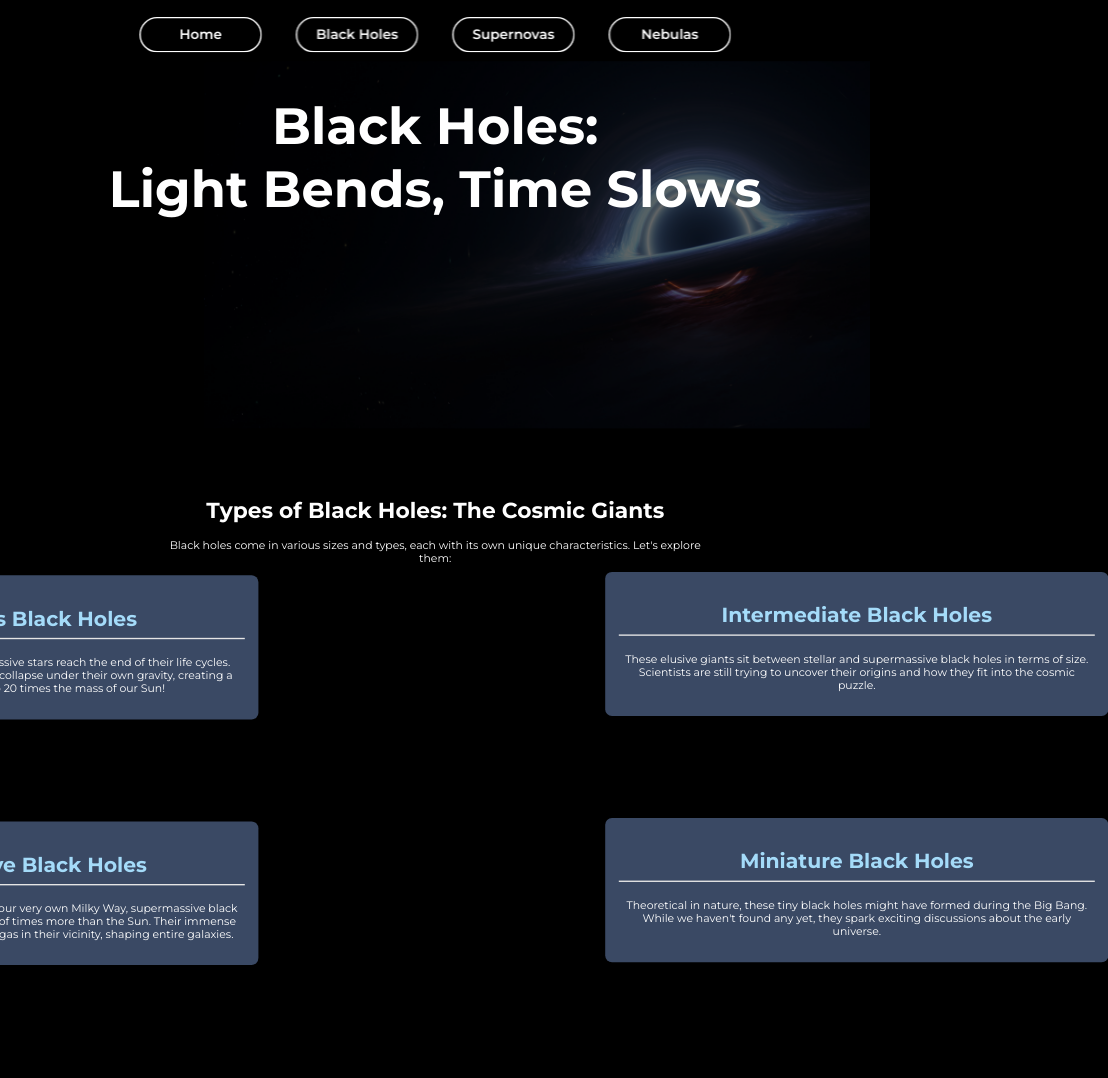
Repository: english-only/Space-Website
Page: black_hole.html
These files come from the project's save history. The page is drawn as it stood at one moment and after the next save; the edit follows.
The browser window is 1280 px wide. The page is 1630 px wide, so the pictures cover 1630 px, including what lies to the right of the window. The pictures show the whole page, at 68% of full size.
Backgrounds fixed to the window are drawn as part of the page.

Above is the page before, as saved 2024-12-18 23:31:24.

After the next save:
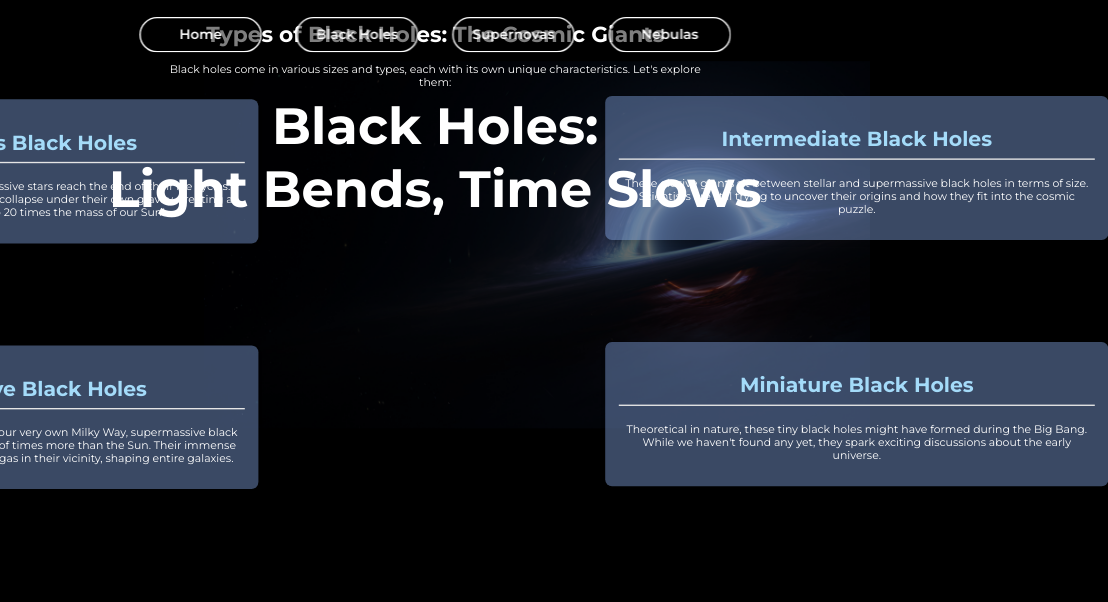
Saved 6 s later.
--- a/main.css
+++ b/main.css
@@ -48,7 +48,7 @@ body {
   flex-direction: column;
   justify-content: flex-start; /* Align items to the top */
   align-items: center; /* Center items horizontally */
-  height: 700px;
+  height: 00px;
   position: relative;
   padding-top: 20px;
   opacity: 0; /* Start invisible */
